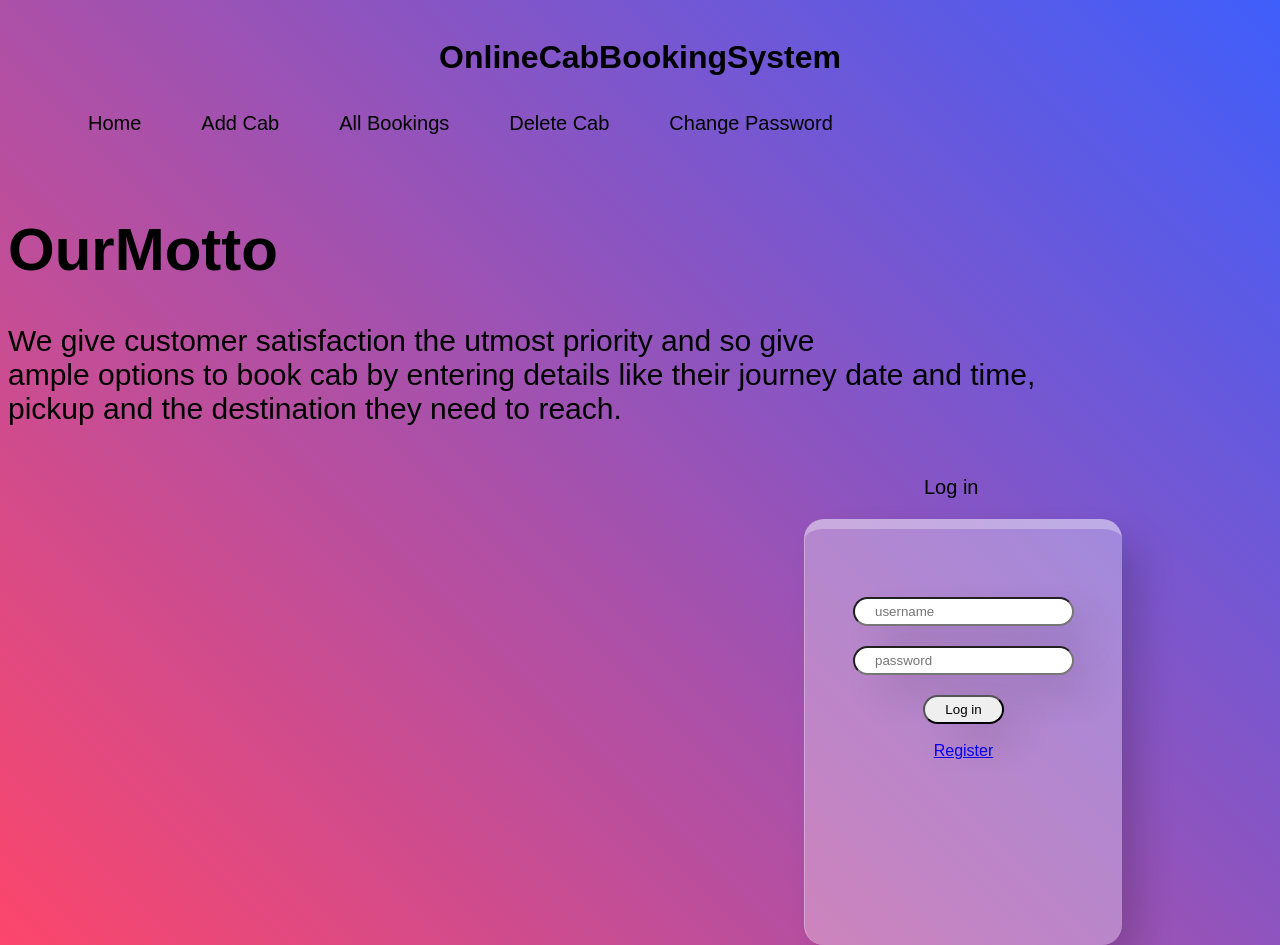
Repository: venkateshpillala/OnlineCabBookingSystem
Page: BookCab/src/main/webapp/changePassword.html
The author's editor kept a copy of each file at every save. The page is drawn from the files as they stood at one save, then again after the next save.
The browser window is 1280 px wide. The pictures show the whole page.

Above is the page before, as saved 2024-06-07 17:06:06.

After the next save:
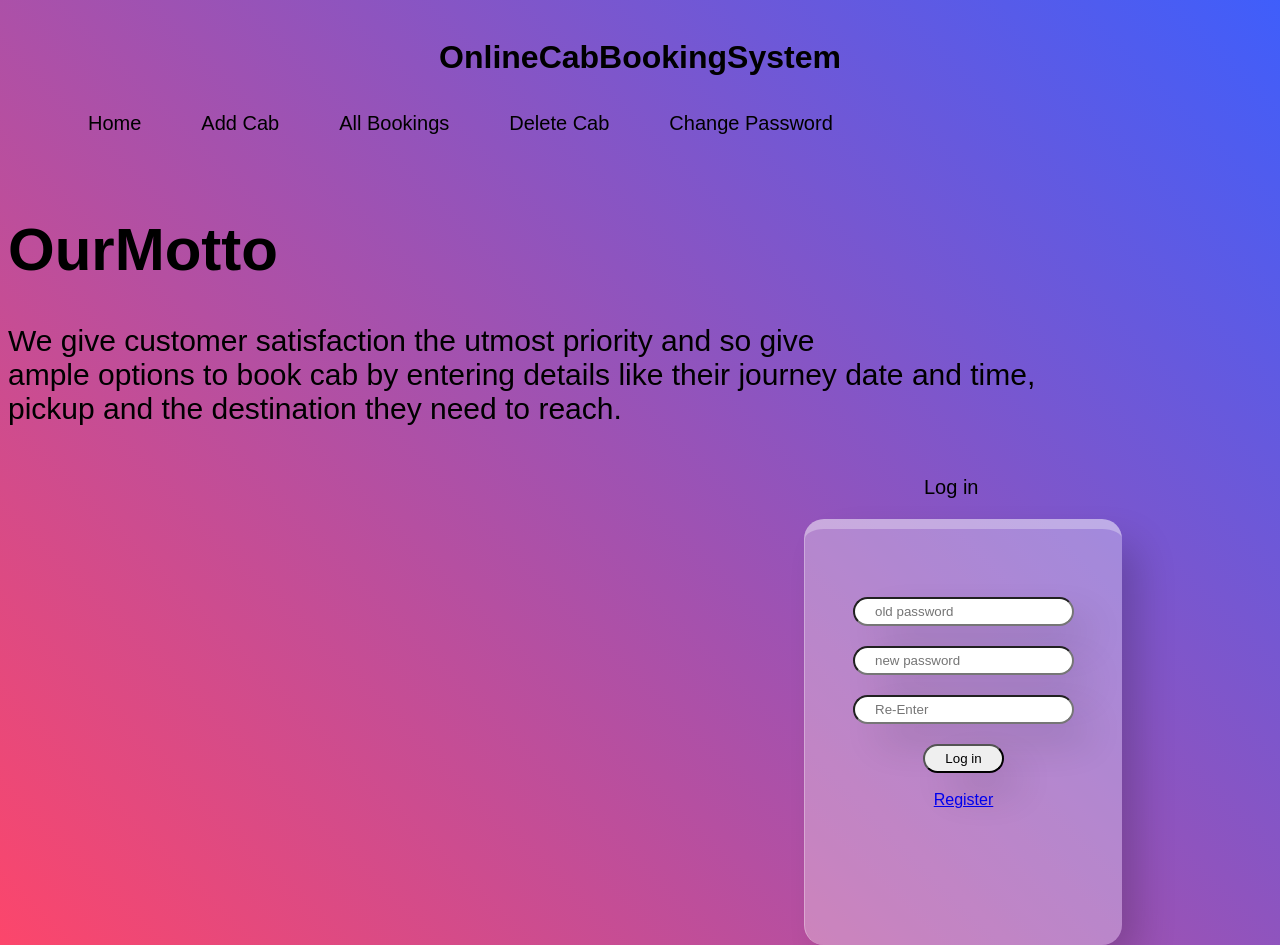
Saved 88 s later.
--- a/BookCab/src/main/webapp/changePassword.html
+++ b/BookCab/src/main/webapp/changePassword.html
@@ -110,8 +110,9 @@
 	<div class = "right">
 	<p class = "para">Log in</p>
 		<form method = "post" action = "./userlogin">
-			<input type = "text" name = "username" placeholder = "username"/><br>
-			<input type = "password" name = "password" placeholder = "password"/><br>
+			<input type = "text" name = "old" placeholder = "old password"/><br>
+			<input type = "password" name = "new" placeholder = "new password"/><br>
+			<input type = "password" name = "again" placeholder = "Re-Enter"/><br>
 			<input class = "over" type = "submit" value = "Log in"/><br><br>
 			<a href = "./register.html">Register</a>
 		</form>
